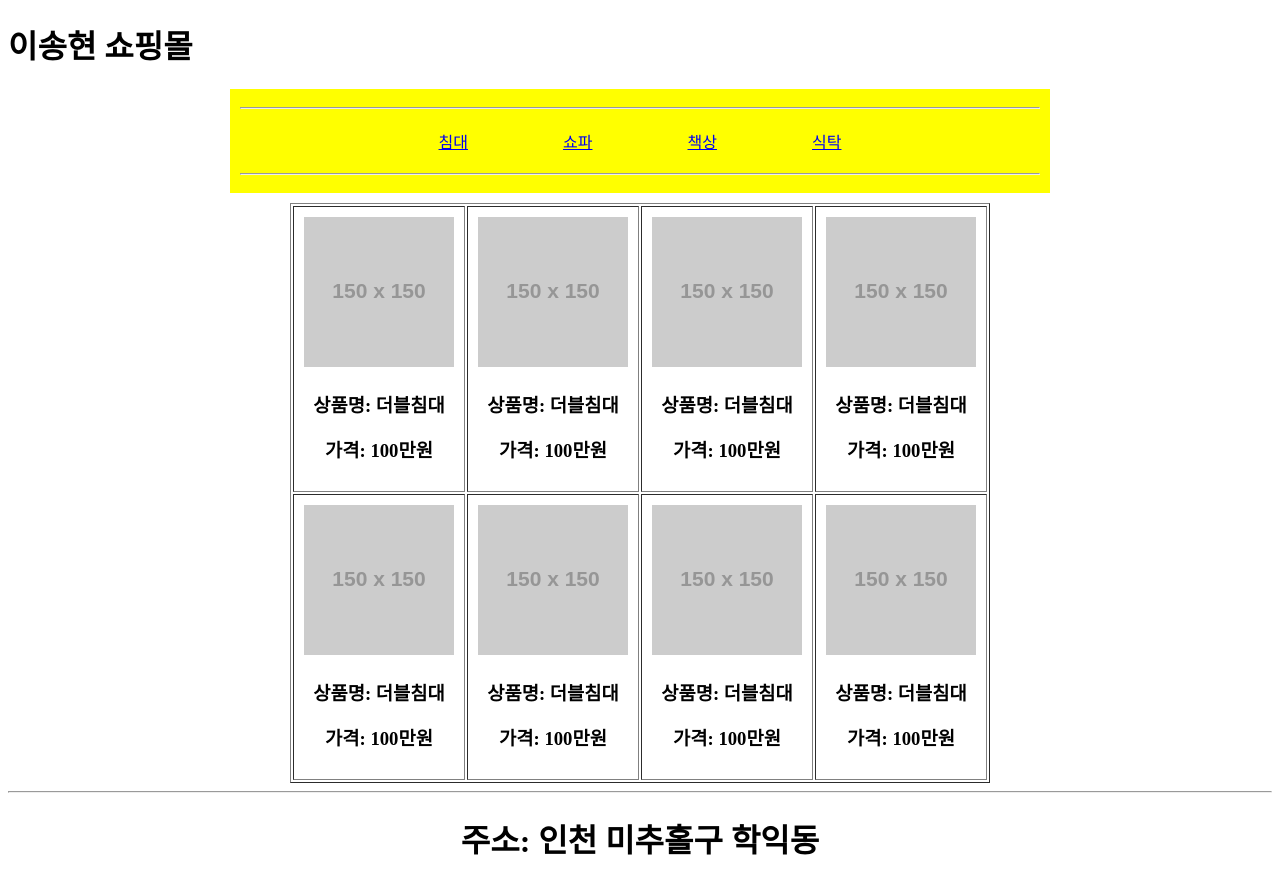
Repository: kmg8138/html
Page: 2020.04.06/ex0406/WebContent/ex07.html
These files come from the project's save history. The page is drawn as it stood at one moment and after the next save; the edit follows.
The browser window is 1280 px wide. The pictures show the whole page.

Above is the page before, as saved 2020-04-06 07:50:11.

After the next save:
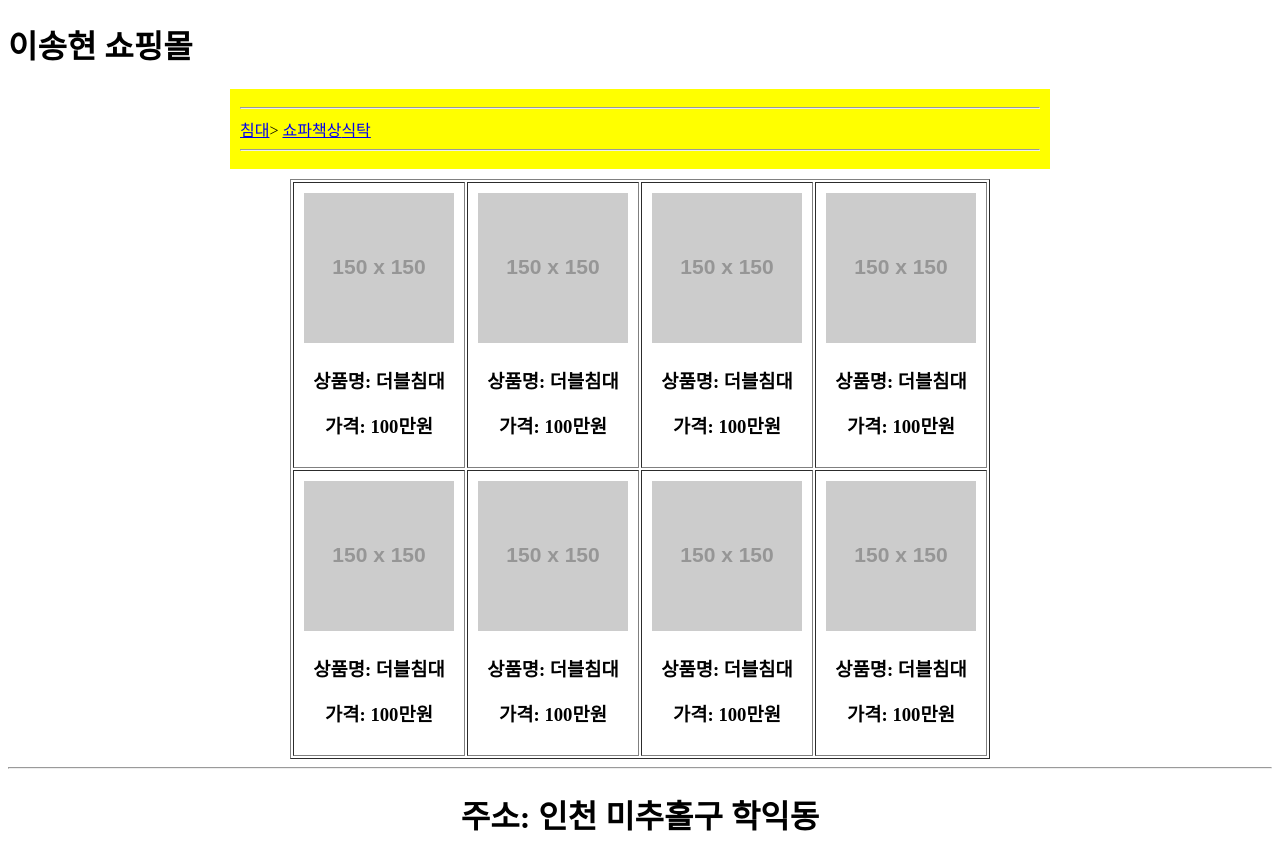
Saved 33 s later.
--- a/2020.04.06/ex0406/WebContent/ex07.html
+++ b/2020.04.06/ex0406/WebContent/ex07.html
@@ -21,10 +21,10 @@
 		<hr/>
 		<table width=500>
 			<tr>
-				<td><a href="#">침대</a></td>
-				<td><a href="#">쇼파</a></td>
-				<td><a href="#">책상</a></td>
-				<td><a href="#">식탁</a></td>
+				<span><a href="#">침대</a></span>>
+				<span><a href="#">쇼파</a></span>
+				<span><a href="#">책상</a></span>
+				<span><a href="#">식탁</a></span>
 			</tr>
 		</table>
 		<hr/>
